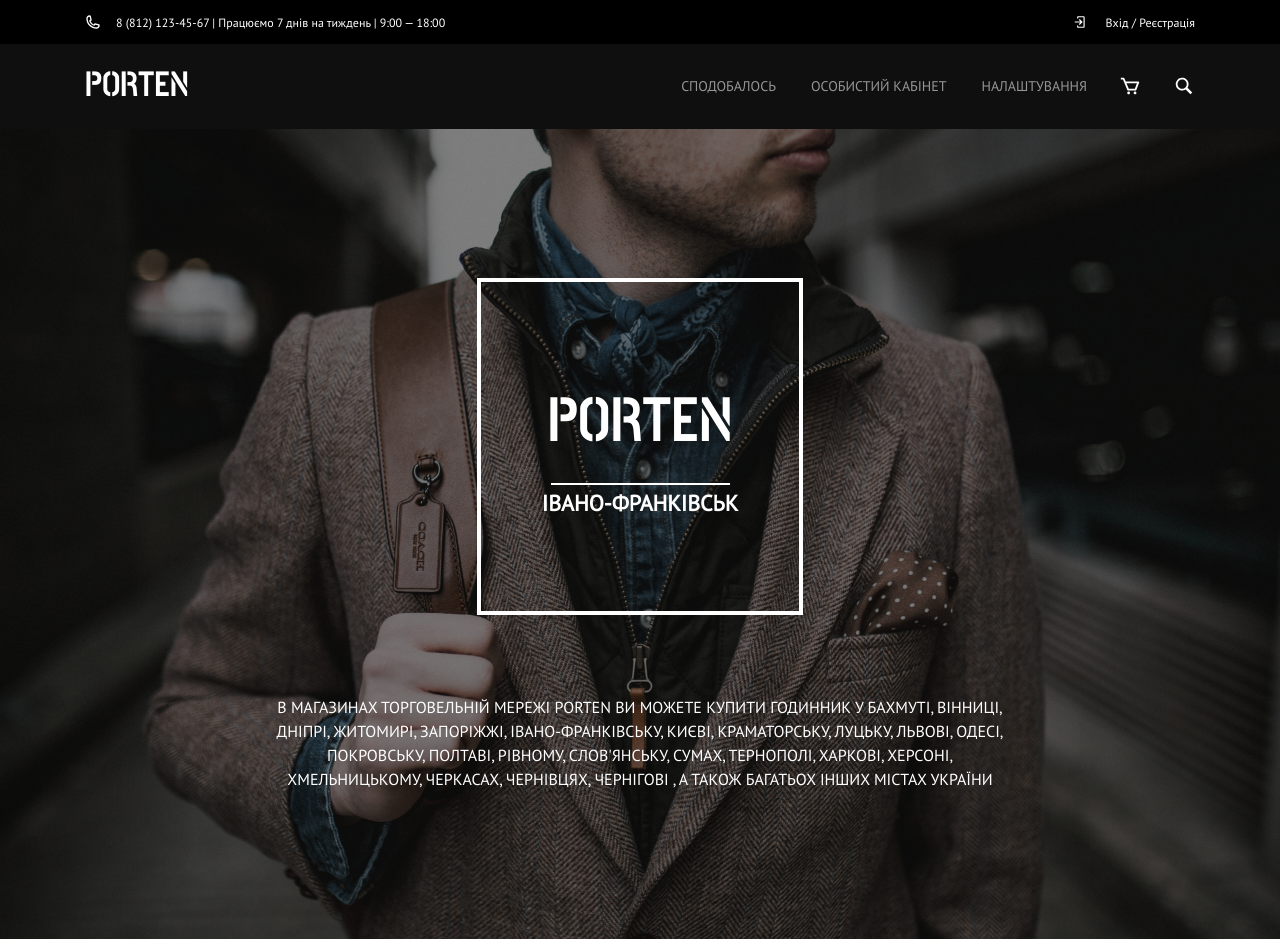
Repository: KYUUBI-K/porten
Page: index.html
The author's editor kept a copy of each file at every save. The page is drawn from the files as they stood at one save, then again after the next save.
The browser window is 1280 px wide. The pictures show the whole page.

Above is the page before, as saved 2025-09-09 21:22:16.

### index.html
<!DOCTYPE html>
<html lang="en">
  <head>
    <meta charset="UTF-8" />
    <meta name="viewport" content="width=device-width, initial-scale=1.0" />
    <title>Cappadocia</title>
    <link rel="stylesheet" href="./styles.css" />
    <script defer src="./index.js"></script>
  </head>
  <body>
    <header class="header">
      <div class="top-line">
        <div class="wrapper">
          <div class="top-line-content">
            <div class="info">
              <svg
                width="16"
                height="16"
                viewBox="0 0 16 16"
                fill="none"
                xmlns="http://www.w3.org/2000/svg"
              >
                <path
                  d="M11.6 14.6667C8.87817 14.6631 6.26886 13.5803 4.34425 11.6557C2.41964 9.73112 1.33684 7.1218 1.33331 4.39999C1.33331 3.58666 1.65641 2.80665 2.23152 2.23153C2.80663 1.65642 3.58665 1.33333 4.39998 1.33333C4.57221 1.33202 4.74415 1.34765 4.91331 1.37999C5.07685 1.4042 5.23762 1.44439 5.39331 1.49999C5.50281 1.53841 5.60039 1.60475 5.67639 1.69244C5.75239 1.78014 5.80418 1.88615 5.82665 1.99999L6.73998 5.99999C6.7646 6.10857 6.76163 6.22158 6.73136 6.32872C6.70108 6.43585 6.64445 6.5337 6.56665 6.61333C6.47998 6.70666 6.47331 6.71333 5.65331 7.13999C6.30998 8.58057 7.46211 9.73743 8.89998 10.4C9.33331 9.57333 9.33998 9.56666 9.43331 9.47999C9.51294 9.40219 9.61079 9.34556 9.71792 9.31528C9.82506 9.28501 9.93807 9.28204 10.0466 9.30666L14.0466 10.22C14.1568 10.2456 14.2587 10.2988 14.3427 10.3746C14.4267 10.4504 14.49 10.5463 14.5266 10.6533C14.5829 10.8116 14.6253 10.9744 14.6533 11.14C14.6801 11.3075 14.6935 11.477 14.6933 11.6467C14.681 12.4565 14.3488 13.2286 13.7693 13.7944C13.1897 14.3602 12.4099 14.6738 11.6 14.6667V14.6667ZM4.39998 2.66666C3.94081 2.66842 3.50095 2.8516 3.17627 3.17628C2.85158 3.50097 2.6684 3.94083 2.66665 4.39999C2.66841 6.76872 3.61017 9.03992 5.28511 10.7149C6.96005 12.3898 9.23125 13.3316 11.6 13.3333C12.0591 13.3316 12.499 13.1484 12.8237 12.8237C13.1484 12.499 13.3316 12.0592 13.3333 11.6V11.38L10.24 10.6667L10.0466 11.0333C9.74665 11.6133 9.52665 12.0333 8.96665 11.8067C7.8619 11.4112 6.85911 10.7747 6.03114 9.94325C5.20316 9.11181 4.57079 8.10638 4.17998 6.99999C3.93998 6.47999 4.39331 6.23999 4.96665 5.93999L5.33331 5.75999L4.61998 2.66666H4.39998Z"
                  fill="white"
                />
              </svg>
              8 (812) 123-45-67 | Працюємо 7 днів на тиждень | 9:00 — 18:00
            </div>
            <div class="login">
              <svg
                width="14"
                height="14"
                viewBox="0 0 14 14"
                fill="none"
                xmlns="http://www.w3.org/2000/svg"
              >
                <path
                  d="M5.25001 1.16675H10.5C11.1417 1.16675 11.6667 1.69175 11.6667 2.33341V11.6667C11.6667 12.3084 11.1417 12.8334 10.5 12.8334H5.25001C4.60834 12.8334 4.08334 12.3084 4.08334 11.6667V10.5001H5.25001V11.6667H10.5V2.33341H5.25001V3.50008H4.08334V2.33341C4.08334 1.69175 4.60834 1.16675 5.25001 1.16675Z"
                  fill="white"
                />
                <path
                  d="M5.88583 9.09409L6.70833 9.91659L9.625 6.99992L6.70833 4.08325L5.88583 4.90575L7.39083 6.41659H1.75V7.58325H7.39083L5.88583 9.09409Z"
                  fill="white"
                />
              </svg>
              Вхід / Реєстрація
            </div>
          </div>
        </div>
      </div>
      <div class="bot-line">
        <div class="wrapper">
          <div class="bot-line-content">
            <div class="header-logo">PORTEN</div>
            <nav class="header-menu">
              <ul class="header-menu-list">
                <li class="header-menu-item">
                  <a class="header-menu-link" href="#liked">cподобалось</a>
                </li>
                <li class="header-menu-item">
                  <a class="header-menu-link" href="#office"
                    >Особистий кабінет</a
                  >
                </li>
                <li class="header-menu-item">
                  <a class="header-menu-link" href="#settings">налаштування</a>
                </li>
              </ul>
              <svg
                width="22"
                height="22"
                viewBox="0 0 22 22"
                fill="none"
                xmlns="http://www.w3.org/2000/svg"
              >
                <path
                  d="M20.0035 6.81175C19.9192 6.6899 19.8066 6.59031 19.6754 6.5215C19.5441 6.45269 19.3982 6.41672 19.25 6.41667H6.72193L5.66409 3.8775C5.52539 3.54312 5.29052 3.25746 4.98927 3.05673C4.68801 2.856 4.33393 2.74925 3.97193 2.75H1.83334V4.58334H3.97193L8.32059 15.0196C8.39025 15.1866 8.50775 15.3292 8.65831 15.4295C8.80887 15.5298 8.98575 15.5834 9.16668 15.5833H16.5C16.8823 15.5833 17.2242 15.3459 17.3589 14.9893L20.1089 7.656C20.1609 7.51724 20.1785 7.36794 20.1601 7.22091C20.1417 7.07387 20.088 6.93348 20.0035 6.81175ZM15.8648 13.75H9.77809L7.48643 8.25H17.9273L15.8648 13.75Z"
                  fill="white"
                />
                <path
                  d="M9.625 19.25C10.3844 19.25 11 18.6344 11 17.875C11 17.1156 10.3844 16.5 9.625 16.5C8.86561 16.5 8.25 17.1156 8.25 17.875C8.25 18.6344 8.86561 19.25 9.625 19.25Z"
                  fill="white"
                />
                <path
                  d="M16.0417 19.25C16.8011 19.25 17.4167 18.6344 17.4167 17.875C17.4167 17.1156 16.8011 16.5 16.0417 16.5C15.2823 16.5 14.6667 17.1156 14.6667 17.875C14.6667 18.6344 15.2823 19.25 16.0417 19.25Z"
                  fill="white"
                />
              </svg>
              <svg
                width="22"
                height="22"
                viewBox="0 0 22 22"
                fill="none"
                xmlns="http://www.w3.org/2000/svg"
              >
                <path
                  d="M19.25 17.4167L14.5255 12.6922C15.3989 11.3648 15.7488 9.76053 15.5073 8.18999C15.2658 6.61945 14.4501 5.19437 13.2182 4.19068C11.9864 3.18698 10.4259 2.67606 8.83895 2.75684C7.252 2.83762 5.75147 3.50434 4.62788 4.62794C3.50428 5.75153 2.83755 7.25206 2.75678 8.83901C2.676 10.426 3.18692 11.9864 4.19061 13.2183C5.19431 14.4502 6.61939 15.2658 8.18993 15.5073C9.76047 15.7488 11.3648 15.399 12.6922 14.5256L17.4167 19.2501L19.25 17.4167ZM4.58335 9.16675C4.58335 6.6395 6.63944 4.58341 9.16669 4.58341C11.6939 4.58341 13.75 6.6395 13.75 9.16675C13.75 11.694 11.6939 13.7501 9.16669 13.7501C6.63944 13.7501 4.58335 11.694 4.58335 9.16675Z"
                  fill="white"
                />
              </svg>
            </nav>
          </div>
        </div>
      </div>
    </header>
    <section class="banner">
      <div class="banner-logo">
        <h1 class="banner-title">PORTEN</h1>
        <svg
          width="179"
          height="2"
          viewBox="0 0 179 2"
          fill="none"
          xmlns="http://www.w3.org/2000/svg"
        >
          <line
            x1="-8.74228e-08"
            y1="1"
            x2="179"
            y2="0.999984"
            stroke="white"
            stroke-width="2"
          />
        </svg>
        <h2 class="banner-subtitle">івано-франківськ</h2>
      </div>
      <div class="banner-info">
        В магазинах Торговельній мережі Porten ви можете купити годинник у
        Бахмуті, Вінниці, Дніпрі, Житомирі, Запоріжжі, Івано-Франківську, Києві,
        Краматорську, Луцьку, Львові, Одесі, Покровську, Полтаві, Рівному,
        Слов'янську, Сумах, Тернополі, Харкові, Херсоні, Хмельницькому,
        Черкасах, Чернівцях, Чернігові , а також багатьох інших містах України
      </div>
    </section>
  </body>
</html>

### styles.css
@font-face {
  font-family: "PT Sans";
  src: url("./fonts/PTSans-Regular.woff2") format("woff2");
  font-weight: 400;
  font-style: normal;
  font-display: swap;
}

@font-face {
  font-family: "Playfair Display";
  src: url("./fonts/PlayfairDisplay-Regular.woff2") format("woff2");
  font-weight: 400;
  font-style: normal;
  font-display: swap;
}

@font-face {
  font-family: "Playfair Display";
  src: url("./fonts/PlayfairDisplay-Bold.woff2") format("woff2");
  font-weight: 700;
  font-style: normal;
  font-display: swap;
}

@font-face {
  font-family: "Post No Bills Jaffna";
  src: url("./fonts/PostNoBillsJaffna-Bold.woff2") format("woff2");
  font-weight: 700;
  font-style: normal;
  font-display: swap;
}

html {
  box-sizing: border-box;
}
*,
*::before,
*::after {
  box-sizing: inherit;
  margin: 0;
  padding: 0;
}

:root {
  --color-dark: #000000;
  --color-light-dark: #0f0f0f;
  --color-white: #ffffff;
  --light-gray: #d0d0d0;
  --color-gray: #969696;

  --border: 1px solid var(--color-white);

  --font-family-base: "PT Sans", sans-serif;
  --font-family-accent: "Playfair Display", sans-serif;
  --font-family-logo: "Post No Bills Jaffna", sans-serif;

  --input-height: 47px;
}

body {
  font-size: 14px;
  font-family: var(--font-family-base);
  background-color: var(--color-dark);
  color: var(--color-white);
}

li {
  list-style: none;
}
a {
  text-decoration: none;
  color: inherit;
}
.wrapper {
  margin: 0 auto;
  max-width: 1110px;
}

.top-line-content {
  font-family: var(--font-family-base);
  font-size: 12px;
  display: flex;
  justify-content: space-between;
  padding: 14px 0px;
}
.info {
  display: flex;
  align-items: center;
  column-gap: 15px;
}

.login {
  display: flex;
  align-items: center;
  column-gap: 19px;
}

.bot-line {
  background-color: var(--color-light-dark);
}

.bot-line-content {
  display: flex;
  justify-content: space-between;
  padding: 15px 0 16px 0;
}

.header-menu {
  font-family: var(--font-family-base);
  font-size: 14px;
  color: var(--color-gray);
  display: flex;
  justify-content: space-between;
  gap: 32px;
  align-items: center;
}
.header-menu-list {
  display: flex;
  text-transform: uppercase;
  gap: 35px;
}
.header-logo {
  font-family: var(--font-family-logo);
  font-size: 36px;
}

.banner {
  position: relative;
  display: flex;
  flex-direction: column;
  justify-content: center;
  align-items: center;
  text-align: center;
  text-transform: uppercase;
  min-height: 810px;
  background: linear-gradient(
      0deg,
      rgba(15, 15, 15, 0.5) 0%,
      rgba(15, 15, 15, 0.5) 100%
    ),
    url(/images/Rectangle\ 3.png) lightgray 50% / cover no-repeat;
}
.banner-logo {
  margin-bottom: 80px;
  border: 4px solid #fff;
  padding: 93px 61px 94px 61px;
}
.banner-title {
  font-family: var(--font-family-logo);
  font-size: 64px;
  font-weight: 700;
  margin: 0;
}

.banner-subtitle {
  font-family: var(--font-family-base);
  font-size: 22px;
}

.banner-info {
  font-family: var(--font-family-base);
  font-size: 16px;
  font-style: normal;
  font-weight: 400;
  line-height: 150%;
  max-width: 730px;
}

### index.js
document.addEventListener("DOMContentLoaded", () => {
  const sliders = document.querySelectorAll(".route-slider, .about-slider");

  sliders.forEach((slider) => {
    const slidesContainer = slider.querySelector(".slides");
    const slides = slider.querySelectorAll(".slide");
    const prevBtn = slider.querySelector(".prev");
    const nextBtn = slider.querySelector(".next");

    let currentIndex = 0;

    function updateSlide() {
      slidesContainer.style.transform = `translateX(-${currentIndex * 100}%)`;
    }

    nextBtn.addEventListener("click", () => {
      currentIndex++;
      if (currentIndex >= slides.length) {
        currentIndex = 0;
      }
      updateSlide();
    });

    prevBtn.addEventListener("click", () => {
      currentIndex--;
      if (currentIndex < 0) {
        currentIndex = slides.length - 1;
      }
      updateSlide();
    });
  });
});

After the next save:
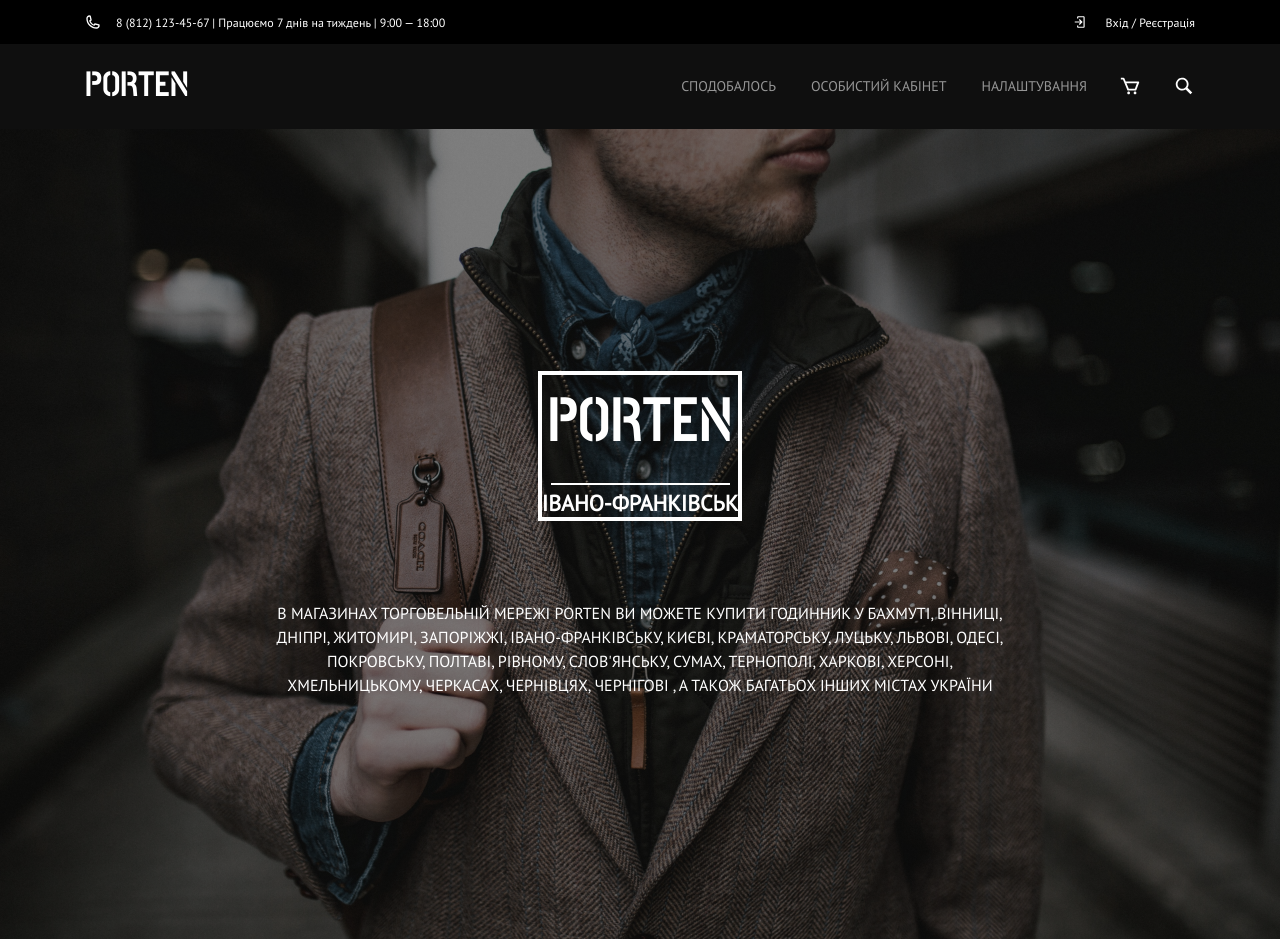
Saved 100 s later.
--- a/styles.css
+++ b/styles.css
@@ -143,7 +143,7 @@
 .banner-logo {
   margin-bottom: 80px;
   border: 4px solid #fff;
-  padding: 93px 61px 94px 61px;
+  /* padding: 93px 61px 94px 61px; */
 }
 .banner-title {
   font-family: var(--font-family-logo);
